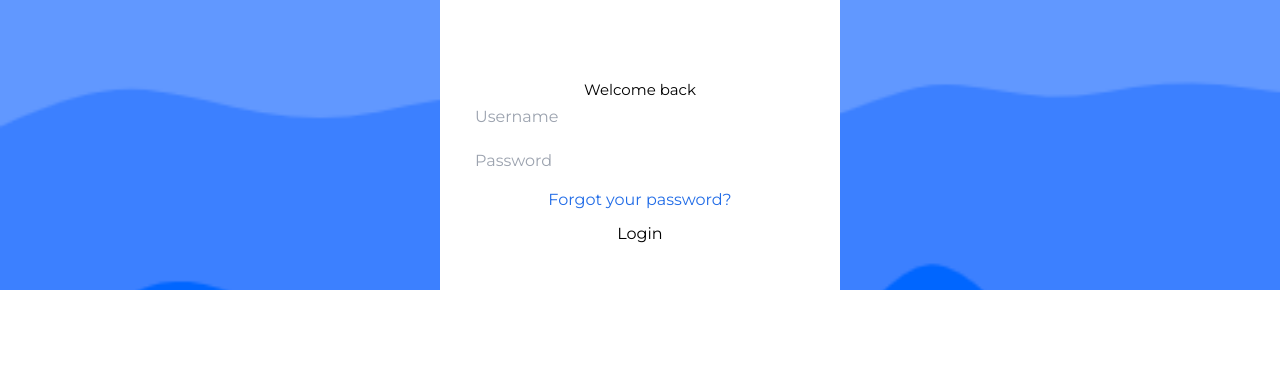
Repository: SatohJiro/CourseSale
Page: /
These files come from the project's save history. The page is drawn as it stood at one moment and after the next save; the edit follows.
The browser window is 1280 px wide. The pictures show the whole page.
The project was rebuilt for these pictures with package versions that can differ from the ones it lists, and the page was loaded fresh each time. Also part of the build but not shown: src/pages/Home/index.js, src/pages/Courses/index.js, src/layout/DefaultLayout/DefaultLayout.module.scss, src/layout/components/Header/Header.module.scss, src/layout/components/Header/index.js, src/layout/components/Sidebar/Sidebar.module.scss, src/layout/components/Sidebar/index.js, src/layout/DefaultLayout/index.js.

Above is the page before, as saved 2022-12-05 10:59:42.

### public/index.html
<!DOCTYPE html>
<html lang="en">
  <head>
    <meta charset="utf-8" />
    <link rel="icon" href="%PUBLIC_URL%/favicon.ico" />
    <meta name="viewport" content="width=device-width, initial-scale=1" />
    <meta name="theme-color" content="#000000" />
    <meta
      name="description"
      content="Web site created using create-react-app"
    />
    <link rel="apple-touch-icon" href="%PUBLIC_URL%/logo192.png" />
    <!--
      manifest.json provides metadata used when your web app is installed on a
      user's mobile device or desktop. See https://developers.google.com/web/fundamentals/web-app-manifest/
    -->
    <link rel="manifest" href="%PUBLIC_URL%/manifest.json" />
    <!--
      Notice the use of %PUBLIC_URL% in the tags above.
      It will be replaced with the URL of the `public` folder during the build.
      Only files inside the `public` folder can be referenced from the HTML.

      Unlike "/favicon.ico" or "favicon.ico", "%PUBLIC_URL%/favicon.ico" will
      work correctly both with client-side routing and a non-root public URL.
      Learn how to configure a non-root public URL by running `npm run build`.
    -->
    <title>Course Sale</title>
  </head>
  <body>
    <noscript>You need to enable JavaScript to run this app.</noscript>
    <div id="root"></div>
    <!--
      This HTML file is a template.
      If you open it directly in the browser, you will see an empty page.

      You can add webfonts, meta tags, or analytics to this file.
      The build step will place the bundled scripts into the <body> tag.

      To begin the development, run `npm start` or `yarn start`.
      To create a production bundle, use `npm run build` or `yarn build`.
    -->
  </body>
</html>

### src/index.js
import React from "react";
import ReactDOM from "react-dom/client";
import App from "./App";
import reportWebVitals from "./reportWebVitals";

import GlobalStyles from "~/components/GlobalStyles";

const root = ReactDOM.createRoot(document.getElementById("root"));
root.render(
  <React.StrictMode>
    <GlobalStyles>
      <App />
    </GlobalStyles>
  </React.StrictMode>
);

// If you want to start measuring performance in your app, pass a function
// to log results (for example: reportWebVitals(console.log))
// or send to an analytics endpoint. Learn more: https://bit.ly/CRA-vitals
reportWebVitals();

### src/App.js
import { Fragment } from "react";
import { BrowserRouter as Router, Routes, Route } from "react-router-dom";
import { publicRoutes } from "~/routes";
import { DefaultLayout } from "~/layout";
import Login from "./pages/Login/Login";

function App() {
  return (
    // <Router>
    //   <div className="App">
    //     <Routes>
    //       {publicRoutes.map((route, index) => {
    //         let Layout = DefaultLayout;
    //         if (route.layout) {
    //           Layout = route.layout;
    //         } else if (route.layout === null) {
    //           Layout = Fragment;
    //         }
    //         const Page = route.component;
    //         return (
    //           <Route
    //             key={index}
    //             path={route.path}
    //             element={
    //               <Layout>
    //                 <Page />
    //               </Layout>
    //             }
    //           />
    //         );
    //       })}
    //     </Routes>
    //   </div>
    // </Router>
    <Login></Login>
  );
}

export default App;

### src/components/GlobalStyles/index.js
import './GlobalStyles.scss'

function GlobalStyles({children}){
    return children
}
export default GlobalStyles

### src/routes/index.js
import { ROUTE_NAME } from "./routesConstant";

import Home from "~/pages/Home";
import Courses from "~/pages/Courses";
import Login from "~/pages/Login/Login";

const publicRoutes = [
  { path: ROUTE_NAME.ROOT, component: Home },
  { path: ROUTE_NAME.COURSES, component: Courses },
  { path: ROUTE_NAME.LOGIN, component: Login },
];
const privateRoutes = [];
export { publicRoutes, privateRoutes };

### src/layout/index.js
export {default as DefaultLayout} from './DefaultLayout'

### src/pages/Login/Login.jsx
import React from "react";

const Login = () => {
  return (
    <>
      <div className="grid place-items-center m-0 px-[24px] bg-login bg-no-repeat bg-cover animate-background-pan">
        <div className="w-[400px] px-[30px] pt-[70px] pb-[44px] round-[24px] bg-white text-center">
          <h2 className="mt-4 text-2xl">Welcome back</h2>
          <form action="" className="grid gap-4">
            <input className="p-2" type="text" placeholder="Username" />
            <input className="p-2" type="password" placeholder="Password" />
            <a href="#" className="text-link">
              Forgot your password?
            </a>
            <butotn>Login</butotn>
          </form>
        </div>
      </div>
    </>
  );
};

export default Login;

### src/components/GlobalStyles/GlobalStyles.scss
@tailwind base;
@tailwind components;
@tailwind utilities;
@import "normalize.css";
@import url("https://fonts.googleapis.com/css2?family=Montserrat:wght@300;400;500;600;700&display=swap");

:root {
}
* {
  margin: 0;
  padding: 0;
  box-sizing: border-box;
}
html {
  font-size: 62.5%;
  a {
    color: #fff;
  }
}
body {
  font-family: "Montserrat";
  font-size: 1.6rem;
  line-height: 1.5;
  text-rendering: optimizeSpeed;
}

### src/routes/routesConstant.js
const HOME = "/";
const COURSES = "/courses";
const LOGIN = "/login";

export const ROUTE_NAME = {
  LOGIN: LOGIN,
  ROOT: HOME,
  COURSES: COURSES,
};

### src/layout/components/Sidebar/Sidebar.js
import classNames from "classnames/bind";
import style from "./Sidebar.module.scss";

import { ROUTE_NAME } from "~/routes/routesConstant";
import { AiOutlineHome, AiOutlineUnorderedList } from "react-icons/ai";

import { Link } from "react-router-dom";
import { useState } from "react";

const cx = classNames.bind(style);

const listTab = [
  {
    name: "home",
    path: ROUTE_NAME.ROOT,
    title: "Trang chủ",
    icon: <AiOutlineHome className={cx("menu-icon")} />,
  },
  {
    name: "courses",
    path: ROUTE_NAME.COURSES,
    title: "Khóa học",
    icon: <AiOutlineUnorderedList className={cx("menu-icon")} />,
  },
];
function Sidebar() {
  const [tabActive, setTabActive] = useState(listTab[0].name);
  return (
    <div className={cx("wrapper")}>
      <div className={cx("menu-wrapper")}>
        {listTab.map((item, index) => {
          return (
            <Link
              to={item.path}
              className={cx(
                "menu-item",
                tabActive === item.name ? "active" : null
              )}
              key={index}
              onClick={() => {
                setTabActive(item.name);
              }}
            >
              {item.icon}
              <span className={cx("menu-title")}>{item.title}</span>
            </Link>
          );
        })}
      </div>
    </div>
  );
}

export default Sidebar;

### tailwind.config.js
/** @type {import('tailwindcss').Config} */
module.exports = {
  content: ["./src/**/*.{js,jsx,ts,tsx}"],
  theme: {
    extend: {
      colors: {
        link: "#216ce7",
      },
      backgroundImage: {
        login: "url('../assets/img/login/login.png')",
      },
      keyframs: {
        pan: {
          "100%": { backgroundPosition: "15% 50%" },
        },
      },
      animation: {
        "background-pan": "pan 6s infinite alternate linear",
      },
    },
  },
  plugins: [],
};

Loaded but not shown: src/reportWebVitals.js (common file)

After the next save:
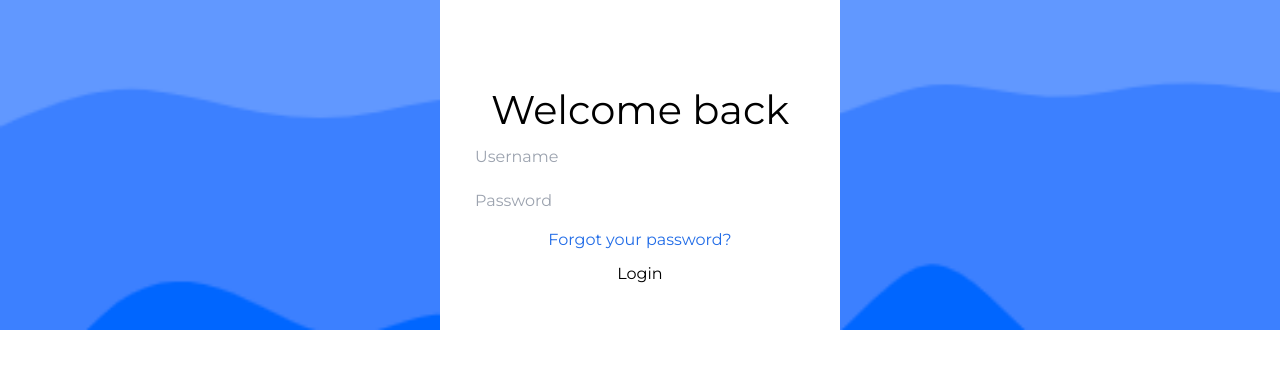
Saved 9 s later.
--- a/src/pages/Login/Login.jsx
+++ b/src/pages/Login/Login.jsx
@@ -5,7 +5,7 @@ const Login = () => {
     <>
       <div className="grid place-items-center m-0 px-[24px] bg-login bg-no-repeat bg-cover animate-background-pan">
         <div className="w-[400px] px-[30px] pt-[70px] pb-[44px] round-[24px] bg-white text-center">
-          <h2 className="mt-4 text-2xl">Welcome back</h2>
+          <h2 className="mt-4 text-[40px]">Welcome back</h2>
           <form action="" className="grid gap-4">
             <input className="p-2" type="text" placeholder="Username" />
             <input className="p-2" type="password" placeholder="Password" />
